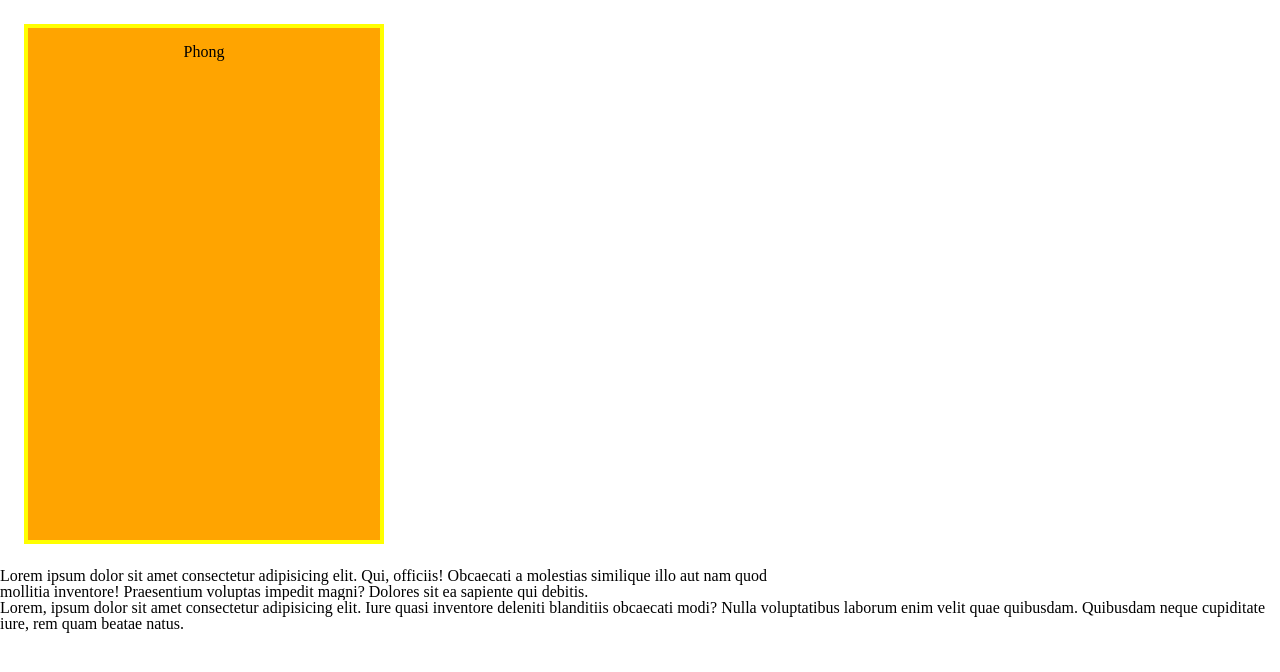
Repository: ThanhPhongsof/Css-Course
Page: index.html
An editor plug-in stored every save of this project. The page is shown before and after the next save, followed by the edit.
The browser window is 1280 px wide. The pictures show the whole page.

Above is the page before, as saved 2022-05-15 10:37:01.

### index.html
<!DOCTYPE html>
<html lang="en">
  <head>
    <meta charset="UTF-8" />
    <meta http-equiv="X-UA-Compatible" content="IE=edge" />
    <meta name="viewport" content="width=device-width, initial-scale=1.0" />
    <title>Document</title>
    <link rel="stylesheet" href="./reset.css" />
    <link rel="stylesheet" href="./styles.css" />
  </head>
  <body>
    <div class="box">Phong</div>
    <div class="text3">
      Lorem ipsum dolor sit amet consectetur adipisicing elit. Qui, officiis!
      Obcaecati a molestias similique illo aut nam quod mollitia inventore!
      Praesentium voluptas impedit magni? Dolores sit ea sapiente qui debitis.
    </div>
    <div class="text4">
      Lorem, ipsum dolor sit amet consectetur adipisicing elit. Iure quasi
      inventore deleniti blanditiis obcaecati modi? Nulla voluptatibus laborum
      enim velit quae quibusdam. Quibusdam neque cupiditate iure, rem quam
      beatae natus.
    </div>
    <!-- <img src="./unsplash1.jpg" class="image" alt="" /> -->
  </body>
</html>

### styles.css
.box {
  width: 20rem;
  height: 30rem;
  background-color: #ffa400;
  color: #000;
  border: 4px solid yellow;
  padding: 1rem;
  margin: 1.5rem;
  text-align: center;
}
.text3 {
  max-width: 50rem;
  display: -webkit-box;
  -webkit-box-orient: vertical;
  -webkit-line-clamp: 3;
  overflow: hidden;
  text-overflow: ellipsis;
}
.text1 {
  max-width: 10rem;
  white-space: nowrap;
  overflow: hidden;
  text-overflow: ellipsis;
}
.image {
  width: 100vw;
  height: 100vh;
}

Loaded but not shown: reset.css (common file)

After the next save:
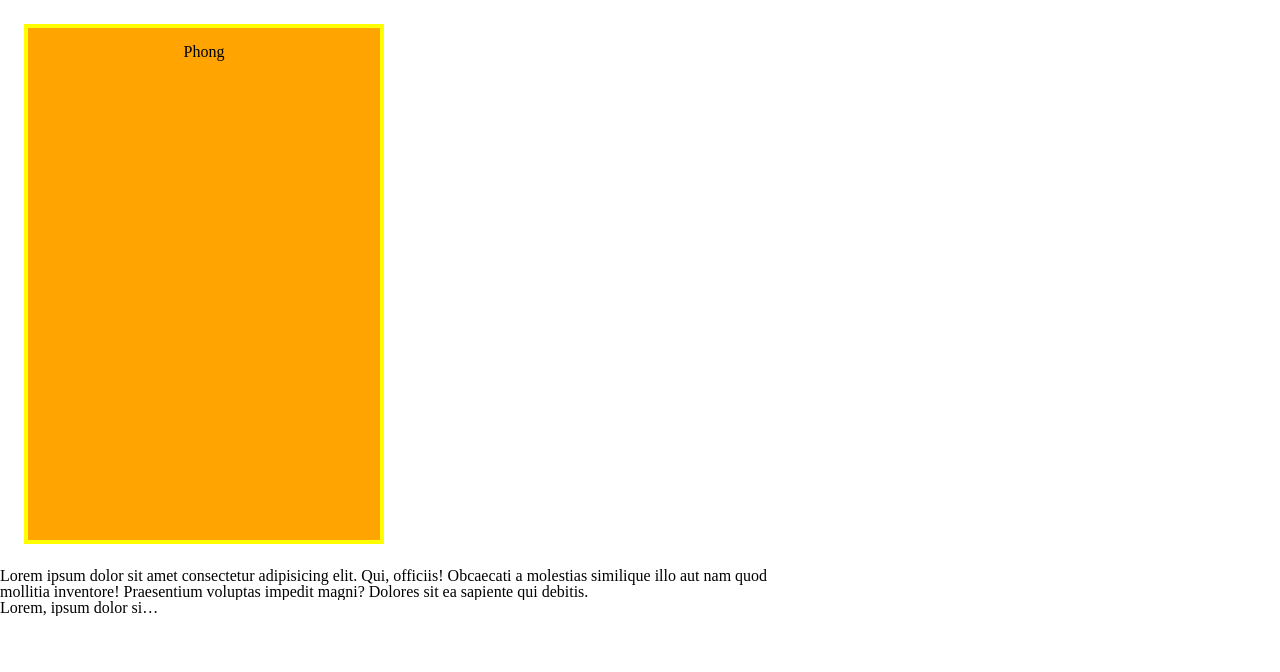
Saved 1 s later.
--- a/index.html
+++ b/index.html
@@ -15,7 +15,7 @@
       Obcaecati a molestias similique illo aut nam quod mollitia inventore!
       Praesentium voluptas impedit magni? Dolores sit ea sapiente qui debitis.
     </div>
-    <div class="text4">
+    <div class="text1">
       Lorem, ipsum dolor sit amet consectetur adipisicing elit. Iure quasi
       inventore deleniti blanditiis obcaecati modi? Nulla voluptatibus laborum
       enim velit quae quibusdam. Quibusdam neque cupiditate iure, rem quam
